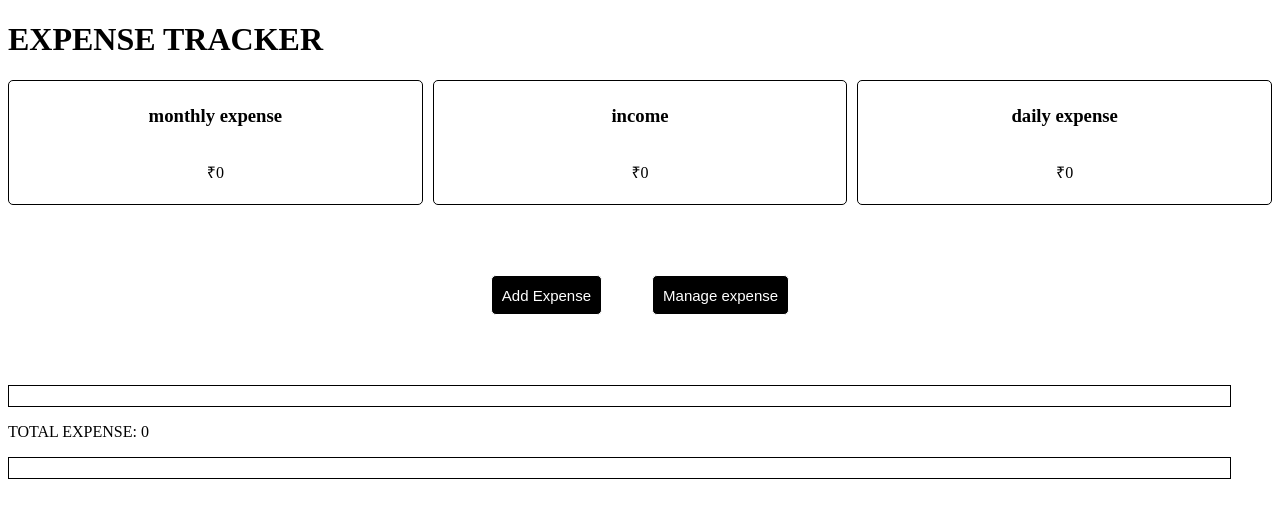
Repository: Gaurav124937/Expense-Tracker
Page: index.html
The author's editor kept a copy of each file at every save. The page is drawn from the files as they stood at one save, then again after the next save.
The browser window is 1280 px wide. The pictures show the whole page.

Above is the page before, as saved 2026-09-10 21:03:44.

After the next save:
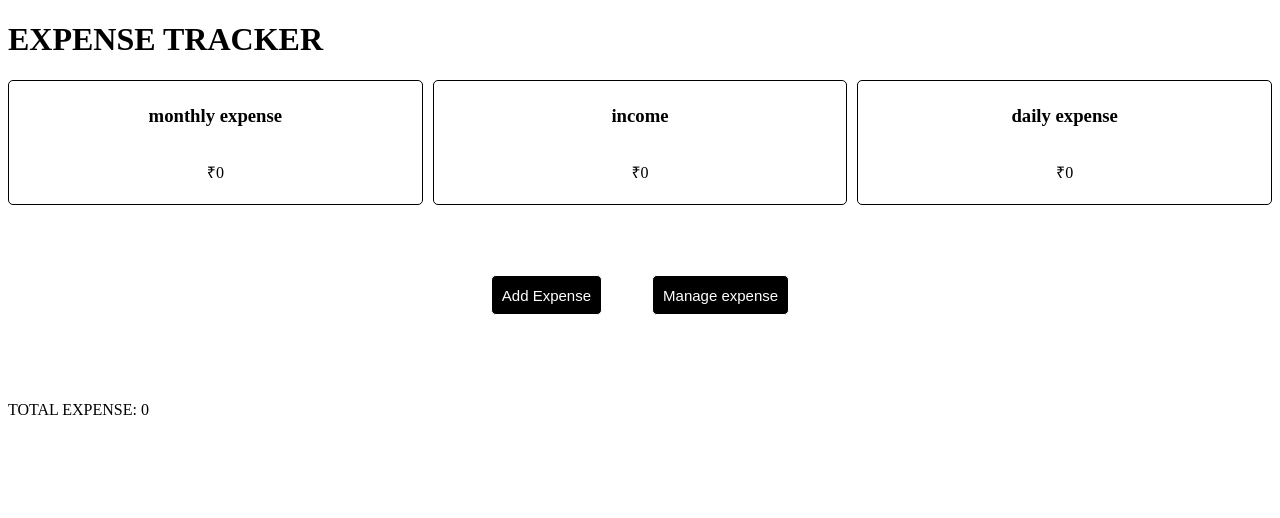
Saved 28 s later.
--- a/style.css
+++ b/style.css
@@ -60,7 +60,7 @@
 }
 
 .delete-expense-button{
-    padding: 10px;
+    /* padding: 10px;
     border-radius: 5px;
     border-color: black;
     border: 1px solid;
@@ -70,7 +70,7 @@
     color: white;
     background-color: black;
     width: 20%;
-}
+} */
 
 .expense-list{
     display: flex;
